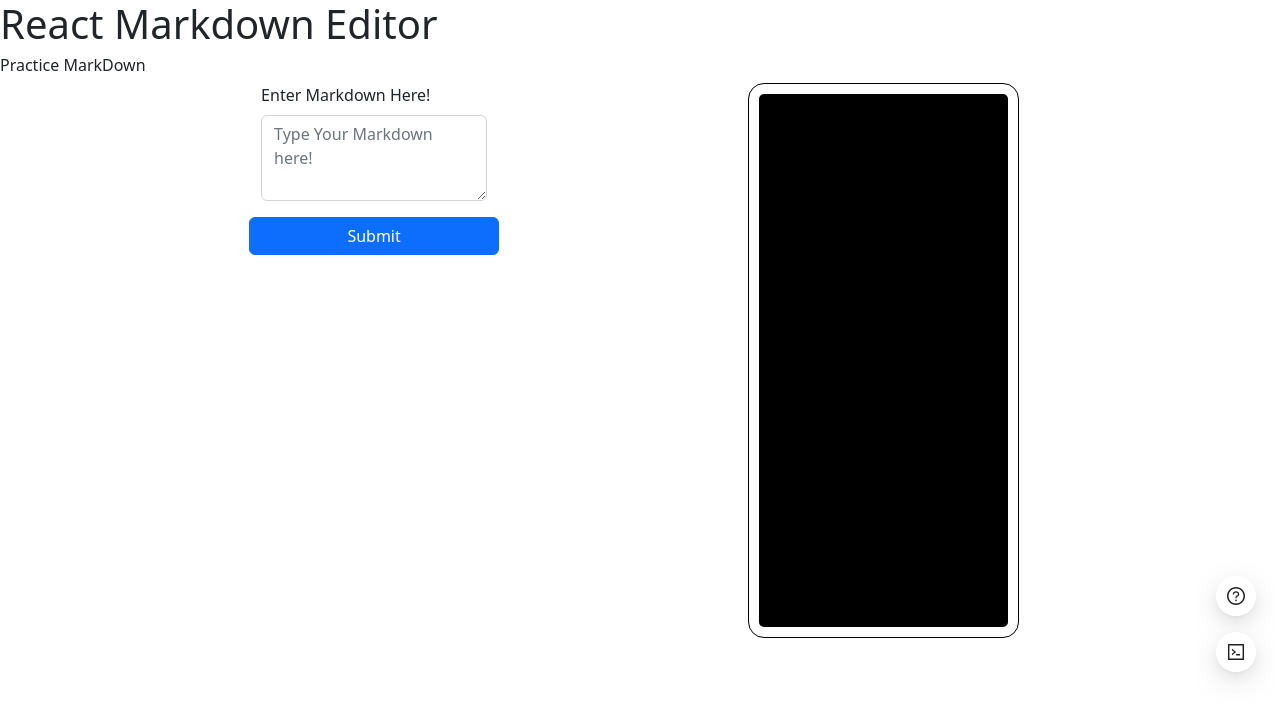
Repository: devkthines/md-editor
Page: /
The author's editor kept a copy of each file at every save. The page is drawn from the files as they stood at one save, then again after the next save.
The browser window is 1280 px wide. The pictures show the whole page.
The project was rebuilt for these pictures with package versions that can differ from the ones it lists, and the page was loaded fresh each time. Also part of the build but not shown: src/pages/preview.js, src/components/navbar.js, src/pages/home.js.

Above is the page before, as saved 2023-12-06 21:39:08.

### src/App.js
import Preview from './pages/preview';
import Editor from './pages/editor';
import NavBar from './components/navbar';
import { BrowserRouter, Routes, Route } from "react-router-dom";
import About from './pages/home';
import 'bootstrap/dist/css/bootstrap.min.css';
import './styles/style.css'
function App() {
  return (
    <BrowserRouter>
    {/* <NavBar/> */}
      <Routes>
    {/* <Route path='/edit' element={<Editor/>}/> */}
    <Route index  element={<Editor/>}/>
    {/* <Route path='/about' element={<About/>}/> */}

      </Routes>
    </BrowserRouter>

  );
}

export default App;

### src/pages/editor.js
import { useState, useEffect } from 'react';
import { marked } from 'marked';
import Button from 'react-bootstrap/Button';
import Form from 'react-bootstrap/Form';
import Row from 'react-bootstrap/Row';
import Col from 'react-bootstrap/Col';
import { QuestionCircleOutlined, CodeOutlined } from '@ant-design/icons';
import { FloatButton,Modal  } from 'antd';

const App = () => {
    const [isModalOpen, setIsModalOpen] = useState(false);
    const showModal = () => {
      setIsModalOpen(true);
    };
    const handleOk = () => {
      setIsModalOpen(false);
    };
    const handleCancel = () => {
      setIsModalOpen(false);
    };

    // Modal Two Example
    const [isModalTwoOpen, setIsModalTwoOpen] = useState(false);
    const showModalTwo = () => {
      setIsModalOpen(true);
    };
    const handleOkTwo = () => {
      setIsModalOpen(false);
    };
    const handleCancelTwo = () => {
      setIsModalOpen(false);
    };
return ( <>
    <FloatButton.Group
      shape="circle"
      style={{
        right: 24,
      }}
    >
      <FloatButton icon={<QuestionCircleOutlined />} onClick={showModal}/>

      <FloatButton icon={<CodeOutlined />} onClick={showModalTwo}/>
    </FloatButton.Group>
    <Modal title="Basic Modal" open={isModalOpen} onOk={handleOk} onCancel={handleCancel}>
        <p>Some contents...</p>
        <p>Some contents...</p>
        <p>Some contents...</p>
    </Modal>
    <Modal title="Basic Modal" open={isModalTwoOpen} onOk={handleOkTwo} onCancel={handleCancelTwo}>
        <p>Some contents...</p>
        <p>Some contents...</p>
        <p>Some contents...</p>
      </Modal>
    </>
)};


export default function Editor() {
    const [edit, SetEdit] = useState('');
    const [preview, setPreview] = useState('');
    const seePreview = (e) => {
        e.preventDefault();
        console.log(edit);
        setPreview(edit);
        SetEdit('');

    }

    return (<>
    <div className=''>
        <h1>React Markdown Editor</h1>

    <h6>Practice MarkDown</h6>
        <div className='d-flex justify-content-evenly'>
            <App/>
            <Form>
                <Row> <Form.Group as={Col} className="mb-3" controlId="formBasicPassword">
                    <Form.Label>Enter Markdown Here!</Form.Label>
                    <Form.Control value={edit} onChange={(e) => {
                        setPreview('');
                        SetEdit(e.target.value);

                    }} name="edit" id="editor" as='textarea' placeholder="Type Your Markdown here!" rows={3} />
                </Form.Group></Row>
                <Row><Button as={Col} disabled={!edit} onClick={seePreview} variant="primary" type="submit">
                    Submit
                </Button></Row>


            </Form>
            <div id="mdEdView" dangerouslySetInnerHTML={{ __html: marked.parse(preview) }}>
            </div>
       </div>
       </div>
       </>
    )
}

### src/styles/style.css
* {
    margin: 0;
    padding: 0;
    box-sizing: border-box;
}

#mdEdView {
    width: 270.71999999999997px;
    height: 554.88px;
    background-color: black;
    background-clip: content-box;
    padding: 10px;
    border: 1px solid black;
    border-radius: 1rem;
    color: white;
}

Loaded but not shown: public/index.html (common file); src/index.js (common file); src/index.css (common file); src/reportWebVitals.js (common file)

After the next save:
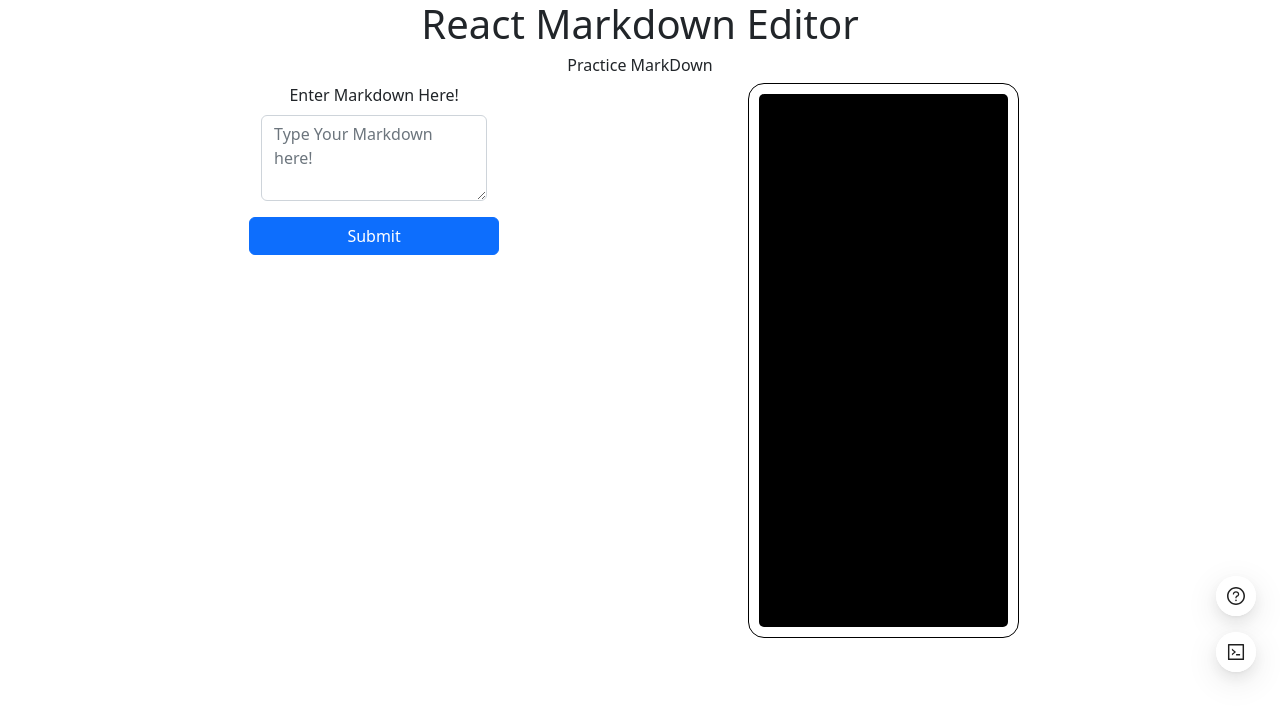
Saved 7 s later.
--- a/src/pages/editor.js
+++ b/src/pages/editor.js
@@ -67,7 +67,7 @@ export default function Editor() {
     }
 
     return (<>
-    <div className=''>
+    <div className='text-center'>
         <h1>React Markdown Editor</h1>
 
     <h6>Practice MarkDown</h6>
